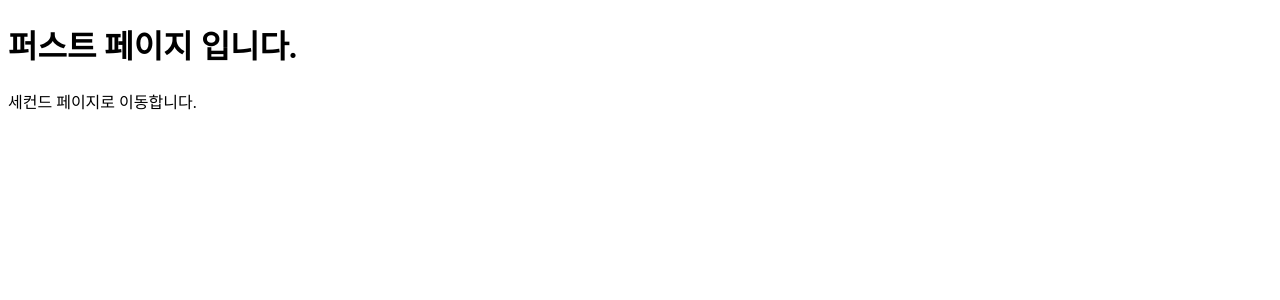
Repository: YooMyeongSeon/JSP_Servlet_Study
Page: http://localhost/web03/Ex_FistPage.jsp
The author's editor kept a copy of each file at every save. The page is drawn from the files as they stood at one save, then again after the next save.
The browser window is 1280 px wide. The pictures show the whole page.
The page is served by Tomcat 9.

Above is the page before, as saved 2022-06-08 03:21:33.

After the next save:
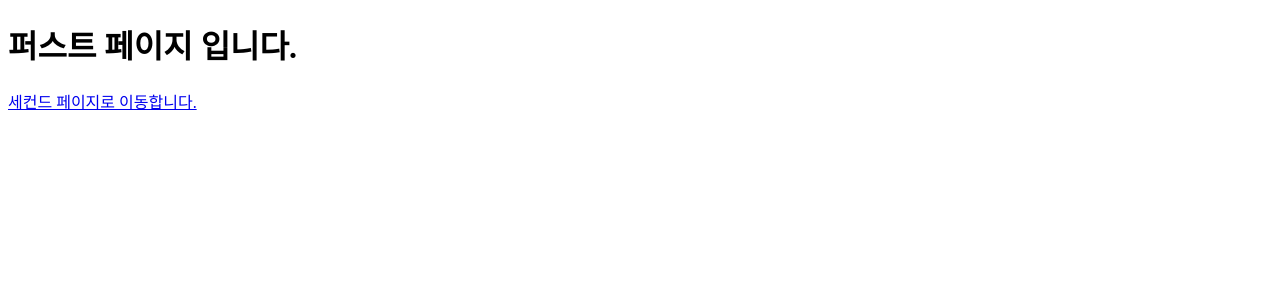
Saved 39 s later.
--- a/web03/WebContent/Ex_FistPage.jsp
+++ b/web03/WebContent/Ex_FistPage.jsp
@@ -8,6 +8,6 @@
 </head>
 <body>
 	<h1>퍼스트 페이지 입니다.</h1>
-	<a>세컨드 페이지로 이동합니다.</a><br>
+	<a href="./Ex_FistPage.jsp">세컨드 페이지로 이동합니다.</a><br>
 </body>
 </html>
